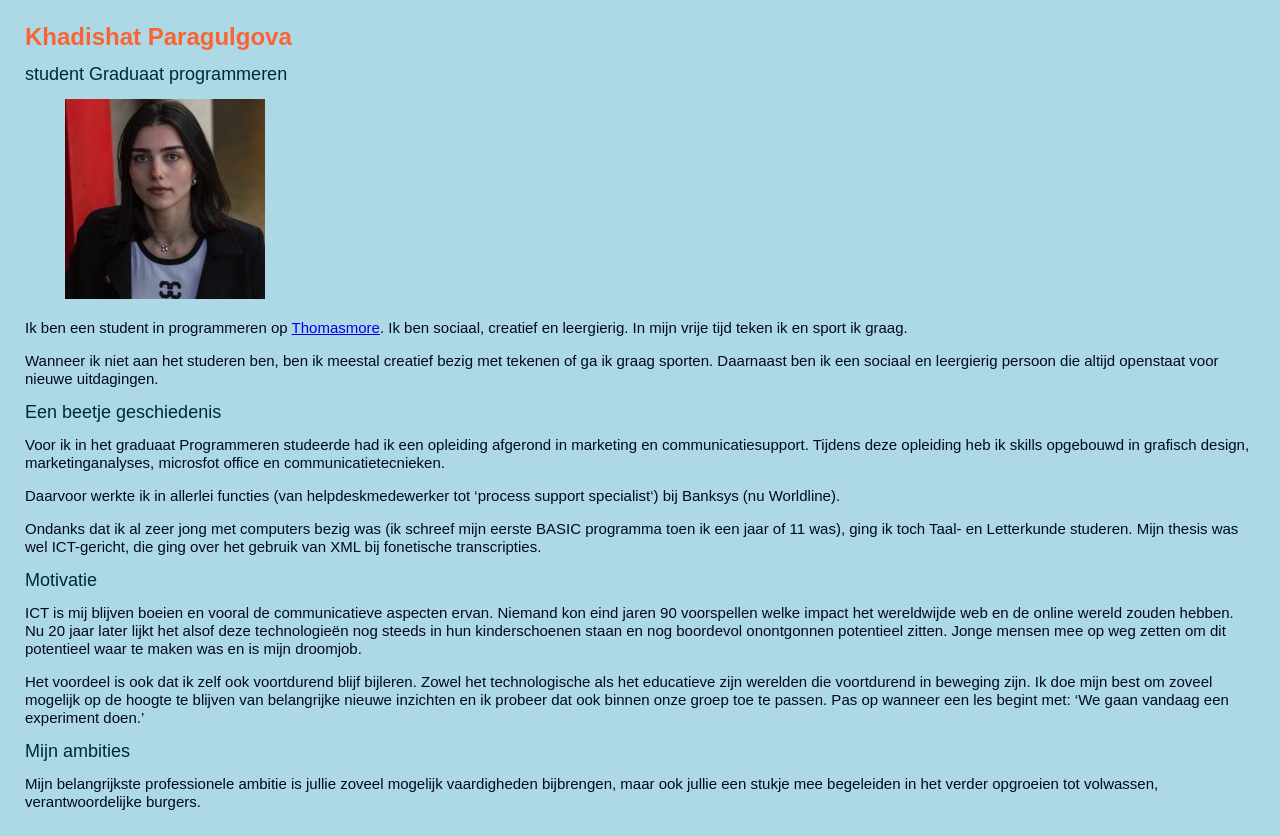
Repository: khadishat00/portfolio
Page: index.html
These files come from the project's save history. The page is drawn as it stood at one moment and after the next save; the edit follows.
The browser window is 1280 px wide. The pictures show the whole page.

Above is the page before, as saved 2026-09-24 14:55:35.

After the next save:
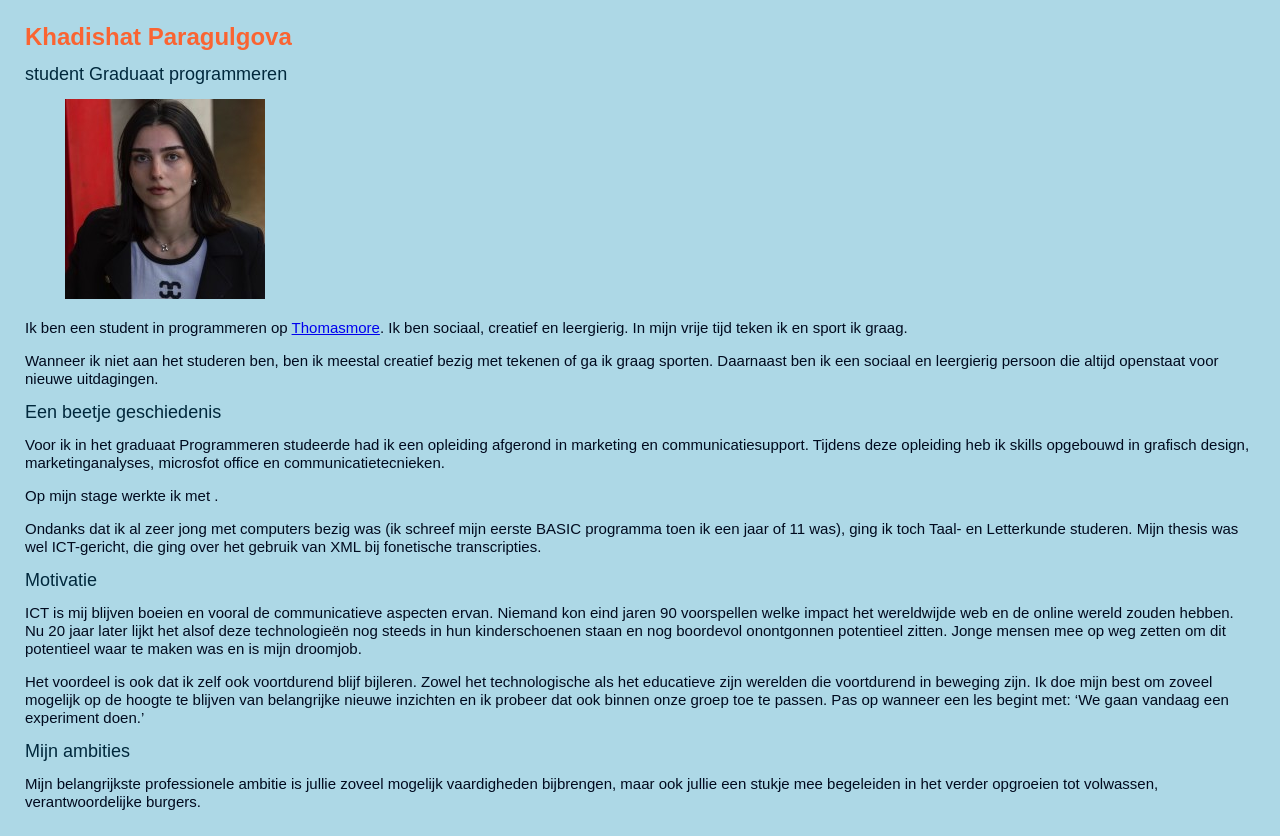
Saved 14 s later.
--- a/index.html
+++ b/index.html
@@ -76,8 +76,7 @@
         office en communicatietecnieken.
       </p>
       <p>
-        Daarvoor werkte ik in allerlei functies (van helpdeskmedewerker tot
-        ‘process support specialist‘) bij Banksys (nu Worldline).
+        Op mijn stage werkte ik met .
       </p>
       <p>
         Ondanks dat ik al zeer jong met computers bezig was (ik schreef mijn
